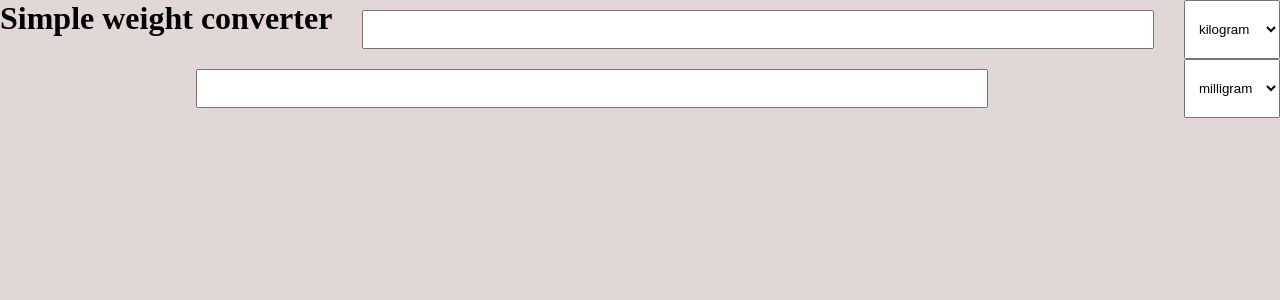
Repository: Eugene44-hub/weight-converter
Page: index.html
These files come from the project's save history. The page is drawn as it stood at one moment and after the next save; the edit follows.
The browser window is 1280 px wide. The pictures show the whole page.

Above is the page before, as saved 2021-09-20 04:45:05.

### index.html
<!DOCTYPE html>
<html lang="en">

<head>
    <meta charset="UTF-8">
    <meta http-equiv="X-UA-Compatible" content="IE=edge">
    <meta name="viewport" content="width=device-width, initial-scale=1.0">
    <link rel="stylesheet" href="style.css">
    <title>Document</title>
</head>

<body>
    <div class="converter">
        <h1>Simple weight converter</h1>
        <input type="number" id="typed">
        <select name="" id="in-weight">
      <option value="kg">kilogram</option>
      <option value="ou">ounce</option>
      <option value="mg">milligram</option>
    </select>
        <input type="number" id="output">
        <select name="" id="out-weight">
      <option value="mg">milligram</option>
      <option value="ou">ounce</option>
      <option value="kg">kilogram</option>
    </select>
    </div>
    <script src="app.js"></script>
</body>

</html>

### style.css
* {
    padding: 0;
    margin: 0;
}

body {
    background-color: rgb(226, 215, 215);
}

input {
    width: 60%;
    padding: 10px;
    margin: 10px auto;
}

h1 {
    text-align: center;
}

select {
    padding: 10px;
}

.converter {
    display: flex;
    flex-wrap: wrap;
}

### app.js
let typed = document.querySelector('#typed');
let output = document.querySelector('#output');
let select = document.querySelector('#in-weight');
let select2 = document.querySelector('#out-weight');

function selectTwo(val) {
    select2.addEventListener('change', e => {
        if (select2.value === 'mg' && select.value === 'kg') {
            output.value = val * Math.pow(10, 6)
        } else if (select2.value === "ou" && select.value === 'mg') {
            output.value = val * 0.000035274
        } else if (select2.value === "ou" && select.value === 'kg') {
            output.value = val * 35.274
        } else if (select2.value === "kg" && select.value === 'ou') {
            output.value = val / 35.274
        } else if (select2.value === "mg" && select.value === 'ou') {
            output.value = val / 0.000035274
        } else if (select2.value === "kg" && select.value === 'mg') {
            output.value = val / Math.pow(10, 6)
        } else {
            output.value = typed.value
        }

    })
}

function selectOne(val) {
    select.addEventListener('change', e => {

        if (select2.value === 'mg' && select.value === 'kg') {
            typed.value = val / Math.pow(10, 6)
        } else if (select2.value === "mg" && select.value === 'ou') {
            typed.value = val * 0.000035274
        } else if (select2.value === "ou" && select.value === 'kg') {
            typed.value = val / 35.274
        } else if (select2.value === "kg" && select.value === 'ou') {
            typed.value = val * 35.274
        } else if (select2.value === "ou" && select.value === 'mg') {
            typed.value = val / 0.000035274
        } else if (select2.value === "kg" && select.value === 'mg') {
            typed.value = val * Math.pow(10, 6)
        } else { typed.value = output.value }
    })
}


typed.addEventListener('input',
    e => {

        if (select2.value === 'mg' && select.value === 'kg') {
            output.value = Number(e.target.value) * Math.pow(10, 6)
        } else if (select2.value === "ou" && select.value === 'mg') {
            output.value = Number(e.target.value) * 0.000035274
        } else if (select2.value === "ou" && select.value === 'kg') {
            output.value = Number(e.target.value) * 35.274
        } else if (select2.value === "kg" && select.value === 'ou') {
            output.value = Number(e.target.value) / 35.274
        } else if (select2.value === "mg" && select.value === 'ou') {
            output.value = Number(e.target.value) / 0.000035274
        } else if (select2.value === "kg" && select.value === 'mg') {
            output.value = Number(e.target.value) / Math.pow(10, 6)
        } else {
            output.value = typed.value
        }
        selectTwo(Number(e.target.value))
    })

output.addEventListener('input',
    e => {
        if (select2.value === 'mg' && select.value === 'kg') {
            typed.value = Number(e.target.value) / Math.pow(10, 6)
        } else if (select2.value === "mg" && select.value === 'ou') {
            typed.value = Number(e.target.value) * 0.000035274
        } else if (select2.value === "ou" && select.value === 'kg') {
            typed.value = Number(e.target.value) / 35.274
        } else if (select2.value === "kg" && select.value === 'ou') {
            typed.value = Number(e.target.value) * 35.274
        } else if (select2.value === "ou" && select.value === 'mg') {
            typed.value = Number(e.target.value) / 0.000035274
        } else if (select2.value === "kg" && select.value === 'mg') {
            typed.value = Number(e.target.value) * Math.pow(10, 6)
        } else { typed.value = output.value }
        selectOne(Number(e.target.value))
    })

After the next save:
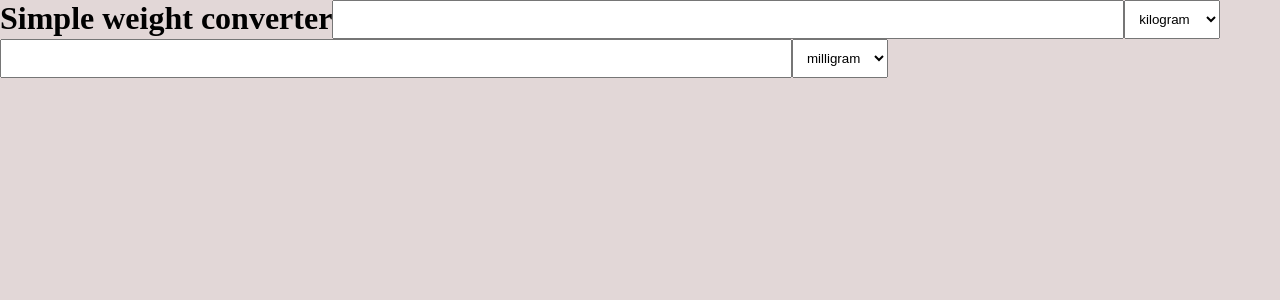
Saved 21 s later.
--- a/style.css
+++ b/style.css
@@ -10,7 +10,6 @@ body {
 input {
     width: 60%;
     padding: 10px;
-    margin: 10px auto;
 }
 
 h1 {
